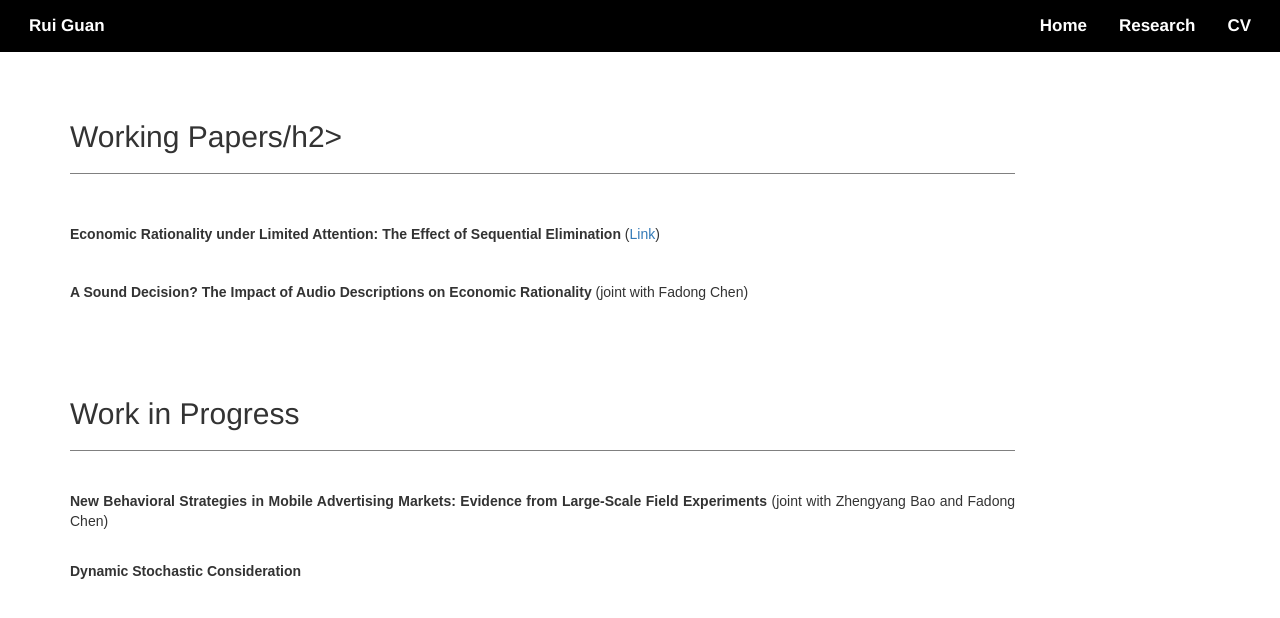
Repository: rui-guan/rui-guan.github.io
Page: research.html
The author's editor kept a copy of each file at every save. The page is drawn from the files as they stood at one save, then again after the next save.
The browser window is 1280 px wide. The pictures show the whole page.

Above is the page before, as saved 2024-04-28 15:49:03.

### research.html

<!DOCTYPE html>
<html lang="en">


  <html lang="en">
    <head>
      <title>Rui Guan</title>
      <meta charset="utf-8">
      <meta name="viewport" content="width=device-width, initial-scale=1">
      <link rel="stylesheet" href="https://maxcdn.bootstrapcdn.com/bootstrap/3.3.6/css/bootstrap.min.css">
      <script src="https://ajax.googleapis.com/ajax/libs/jquery/1.12.0/jquery.min.js"></script>
      <script src="https://maxcdn.bootstrapcdn.com/bootstrap/3.3.6/js/bootstrap.min.js"></script>
      <link href='https://fonts.googleapis.com/css?family=Oswald:700' rel='stylesheet' type='text/css'>
      <style>

        p {text-align: justify;
          font-size: 14px;
          font-family: Arial, Helvetica, sans-serif;
        }


        nav{
    display: flex;
    position: fixed;
    top:0;
    width: 100%;
    background-color: black;
    overflow: auto;
    height: auto;
    padding-left: 15px;
    padding-right: 15px;
  }
  .left-links{
    flex:1 1 200px;
  }
  .links {
    display: inline-block;
    text-align: center;
    padding: 14px;
    color: white;
    text-decoration: none;
    font-size: 17px;
    font-weight: bolder;
  }
  .links:hover {
    color: white;
  }
  .selected{
    color: white;
  }

        </style>
    </head>
    <body>

    <!-- Navigation -->
<!-- Navigation -->
<nav>
  <div class="left-links">
    <a class="links"  href="index.html">Rui Guan</a>

  </div>
  <div class="right-links">

  <a class="links"  href="index.html">Home</a>
   <a class="links"  href="research.html">Research</a>
   <a class="links" href="./asset/cv.pdf">CV</a>
  </div>
  </nav>
  <!-- Page Content -->

  <br>
  <br>
  <br>
  <br>
  <br>

    <!-- Page Content -->
    <div class="container">

        <div class="row">
            <div class="col-md-10" style="height">
                <h2 id="slides">Working Papers/h2>
                <hr style="height:1px;border-width:0;color:gray;background-color:gray">
                <br>
                <p>
                  <strong>Economic Rationality under Limited Attention: The Effect of Sequential Elimination</strong> (<a href="./paper/ERuLA.pdf">Link</a>)
                </p>
                <br>
                <p>
                  <strong>A Sound Decision? The Impact of Audio Descriptions on Economic Rationality </strong> (joint with Fadong Chen)
                </p>
                <br>
                <br>
                <h2 id="slides">Work in Progress</h2>
                <hr style="height:1px;border-width:0;color:gray;background-color:gray">
                <br>
                <p>
                  <strong>New Behavioral Strategies in Mobile Advertising Markets: Evidence from Large-Scale Field Experiments </strong> (joint with Zhengyang Bao and Fadong Chen)
                </p>
                <br>
                <p>
                  <strong>Dynamic Stochastic Consideration</strong>
                </p>
                <br>
                <br>
                <br>
          </div>
        </div>

    </div>
    <!-- /.container -->

</body>

</html>

After the next save:
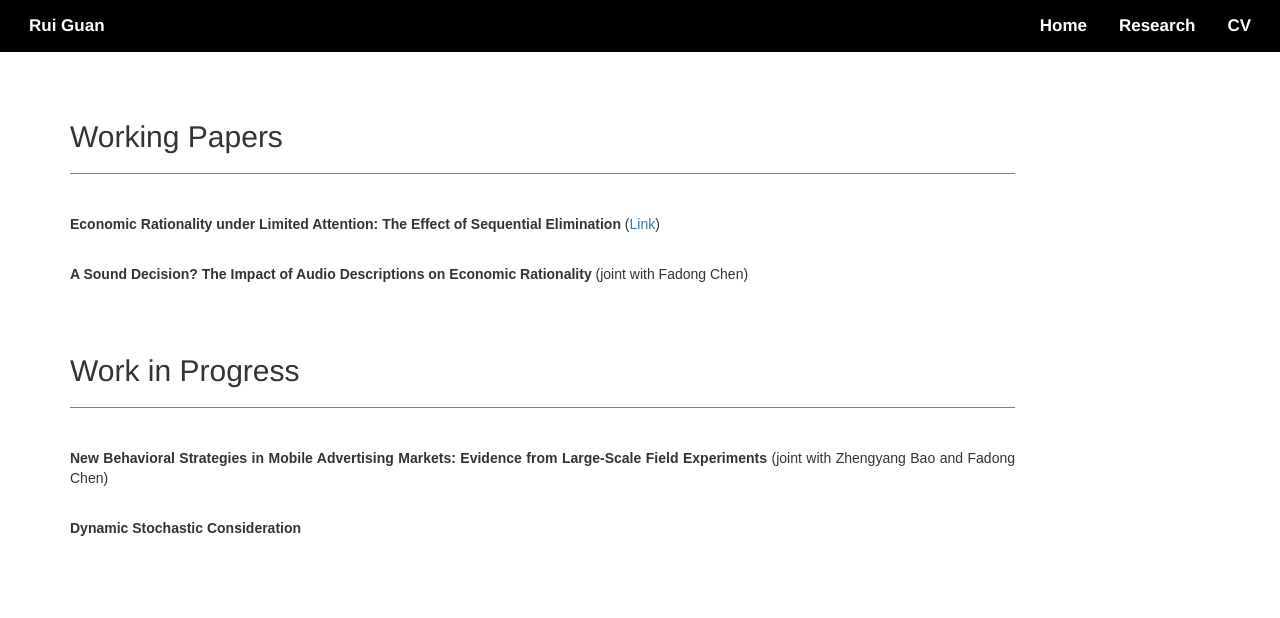
Saved 3 min 59 s later.
--- a/research.html
+++ b/research.html
@@ -81,7 +81,7 @@
 
         <div class="row">
             <div class="col-md-10" style="height">
-                <h2 id="slides">Working Papers/h2>
+                <h2 id="slides">Working Papers</h2>
                 <hr style="height:1px;border-width:0;color:gray;background-color:gray">
                 <br>
                 <p>
